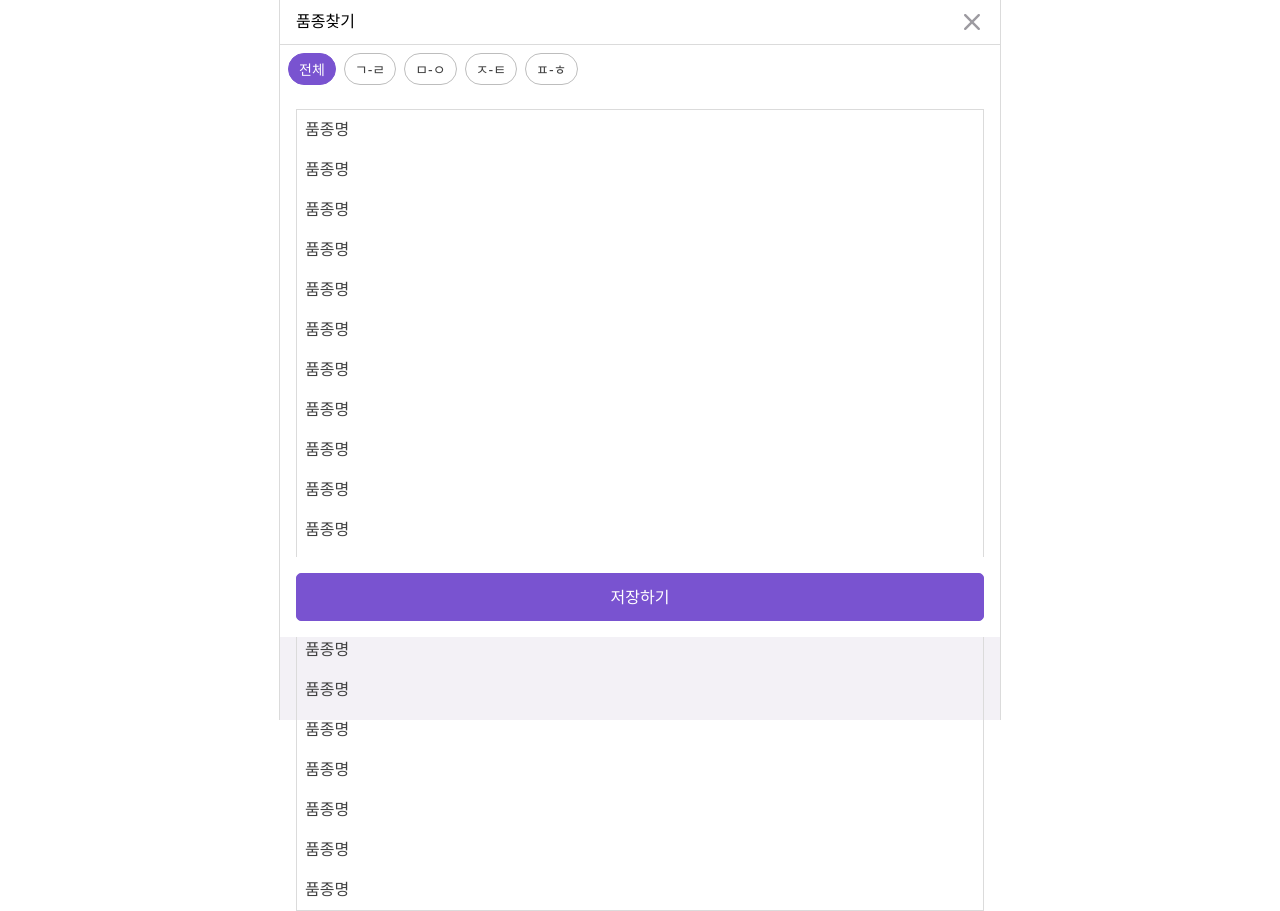
Repository: gosun1018/denguru
Page: search_breed.html
The author's editor kept a copy of each file at every save. The page is drawn from the files as they stood at one save, then again after the next save.
The browser window is 1280 px wide. The pictures show the whole page.
Some web fonts or font styles are not loaded; a fallback is used. The style sheet was rebuilt from its Sass, Less or Tailwind sources for each picture, by a compiler version that may differ from the author's.

Above is the page before, as saved 2020-04-03 18:22:04.

### search_breed.html
<!DOCTYPE html>
<html lang="ko">
<head>
    <meta charset="UTF-8">
    <meta name="viewport" content="width=device-width, initial-scale=1.0">
    <title>품종찾기</title>
    <link rel="stylesheet" href="https://unpkg.com/swiper/css/swiper.min.css">
    <link rel="stylesheet" href="css/main.css">
    <script type="text/javascript" src="https://ajax.googleapis.com/ajax/libs/jquery/1.12.2/jquery.min.js"></script>
    <script src="https://unpkg.com/swiper/js/swiper.min.js"></script>
<body>
    <div class="wrap">
        <header class="header08">
            <h1 class="h_title">품종찾기</h1>
            <a href="javascript:document.referrer? history.back() : location.href = 'home_resister_pet.html'" class="h_btn_close"><img src="images/icon-close-page.svg" alt="닫기" class="icon"></a>
        </header>

        <div class="main">
            <div class="pd_header08"></div>
            <div class="sect03 sect_filter_cate swiper-container">
                <h2 class="blind">필터설정</h2>
                <ul class="btn_box swiper-wrapper">
                    <li class="filter_btn swiper-slide">
                        <button type="button" class="btn_filter_popup btn btn_main btn_mid btn_mid_round" aria-controls="tab-panel01">전체</button>
                    </li>
                    <li class="filter_btn swiper-slide">
                        <button type="button" class="btn_filter_popup btn btn_normal_line btn_mid btn_mid_round" aria-controls="tab-panel02">ㄱ-ㄹ</button>
                    </li>
                    <li class="filter_btn swiper-slide">
                        <button type="button" class="btn_filter_popup btn btn_normal_line btn_mid btn_mid_round" aria-controls="tab-panel03">ㅁ-ㅇ</button>
                    </li>
                    <li class="filter_btn swiper-slide">
                        <button type="button" class="btn_filter_popup btn btn_normal_line btn_mid btn_mid_round" aria-controls="tab-panel04">ㅈ-ㅌ</button>
                    </li>
                    <li class="filter_btn swiper-slide">
                        <button type="button" class="btn_filter_popup btn btn_normal_line btn_mid btn_mid_round" aria-controls="tab-panel05">ㅍ-ㅎ</button>
                    </li>
                </ul>
            </div>
            <div class="search_breed_panel_container">
                <div class="search_bread_panel" id="tab-panel01">
                    <ul class="search_breed_list">
                        <li class="search_breed_box inp_box05">
                            <input type="radio" name="petBreed" id="petBreed01" class="inp_radio_blind" hidden>
                            <label for="petBreed01" class="lab_radio">품종명</label>
                        </li>
                        <li class="search_breed_box inp_box05">
                            <input type="radio" name="petBreed" id="petBreed02" class="inp_radio_blind" hidden>
                            <label for="petBreed02" class="lab_radio">품종명</label>
                        </li>
                        <li class="search_breed_box inp_box05">
                            <input type="radio" name="petBreed" id="petBreed03" class="inp_radio_blind" hidden>
                            <label for="petBreed03" class="lab_radio">품종명</label>
                        </li>
                        <li class="search_breed_box inp_box05">
                            <input type="radio" name="petBreed" id="petBreed04" class="inp_radio_blind" hidden>
                            <label for="petBreed04" class="lab_radio">품종명</label>
                        </li>
                        <li class="search_breed_box inp_box05">
                            <input type="radio" name="petBreed" id="petBreed05" class="inp_radio_blind" hidden>
                            <label for="petBreed05" class="lab_radio">품종명</label>
                        </li>
                        <li class="search_breed_box inp_box05">
                            <input type="radio" name="petBreed" id="petBreed06" class="inp_radio_blind" hidden>
                            <label for="petBreed06" class="lab_radio">품종명</label>
                        </li>
                        <li class="search_breed_box inp_box05">
                            <input type="radio" name="petBreed" id="petBreed07" class="inp_radio_blind" hidden>
                            <label for="petBreed07" class="lab_radio">품종명</label>
                        </li>
                        <li class="search_breed_box inp_box05">
                            <input type="radio" name="petBreed" id="petBreed08" class="inp_radio_blind" hidden>
                            <label for="petBreed08" class="lab_radio">품종명</label>
                        </li>
                        <li class="search_breed_box inp_box05">
                            <input type="radio" name="petBreed" id="petBreed09" class="inp_radio_blind" hidden>
                            <label for="petBreed09" class="lab_radio">품종명</label>
                        </li>
                        <li class="search_breed_box inp_box05">
                            <input type="radio" name="petBreed" id="petBreed10" class="inp_radio_blind" hidden>
                            <label for="petBreed10" class="lab_radio">품종명</label>
                        </li>
                        <li class="search_breed_box inp_box05">
                            <input type="radio" name="petBreed" id="petBreed11" class="inp_radio_blind" hidden>
                            <label for="petBreed11" class="lab_radio">품종명</label>
                        </li>
                        <li class="search_breed_box inp_box05">
                            <input type="radio" name="petBreed" id="petBreed12" class="inp_radio_blind" hidden>
                            <label for="petBreed12" class="lab_radio">품종명</label>
                        </li>
                        <li class="search_breed_box inp_box05">
                            <input type="radio" name="petBreed" id="petBreed13" class="inp_radio_blind" hidden>
                            <label for="petBreed13" class="lab_radio">품종명</label>
                        </li>
                        <li class="search_breed_box inp_box05">
                            <input type="radio" name="petBreed" id="petBreed14" class="inp_radio_blind" hidden>
                            <label for="petBreed14" class="lab_radio">품종명</label>
                        </li>
                        <li class="search_breed_box inp_box05">
                            <input type="radio" name="petBreed" id="petBreed15" class="inp_radio_blind" hidden>
                            <label for="petBreed15" class="lab_radio">품종명</label>
                        </li>
                        <li class="search_breed_box inp_box05">
                            <input type="radio" name="petBreed" id="petBreed16" class="inp_radio_blind" hidden>
                            <label for="petBreed16" class="lab_radio">품종명</label>
                        </li>
                        <li class="search_breed_box inp_box05">
                            <input type="radio" name="petBreed" id="petBreed17" class="inp_radio_blind" hidden>
                            <label for="petBreed17" class="lab_radio">품종명</label>
                        </li>
                        <li class="search_breed_box inp_box05">
                            <input type="radio" name="petBreed" id="petBreed18" class="inp_radio_blind" hidden>
                            <label for="petBreed18" class="lab_radio">품종명</label>
                        </li>
                        <li class="search_breed_box inp_box05">
                            <input type="radio" name="petBreed" id="petBreed19" class="inp_radio_blind" hidden>
                            <label for="petBreed19" class="lab_radio">품종명</label>
                        </li>
                        <li class="search_breed_box inp_box05">
                            <input type="radio" name="petBreed" id="petBreed20" class="inp_radio_blind" hidden>
                            <label for="petBreed20" class="lab_radio">품종명</label>
                        </li>
                    </ul>
                </div>
                <!--  <div class="search_bread_panel" id="tab-panel01">
                    <ul class="search_breed_list">
                        <li class="search_breed_box inp_box05">
                            <input type="radio" name="petBreed" id="petBreed01" class="inp_radio_blind" hidden>
                            <label for="petBreed01" class="lab_radio">품종명</label>
                        </li>
                        <li class="search_breed_box inp_box05">
                            <input type="radio" name="petBreed" id="petBreed01" class="inp_radio_blind" hidden>
                            <label for="petBreed01" class="lab_radio">고든세터</label>
                        </li>
                    </ul>
                </div>
                <div class="search_bread_panel" id="tab-panel01">
                    <ul class="search_breed_list">
                        <li class="search_breed_box inp_box05">
                            <input type="radio" name="petBreed" id="petBreed01" class="inp_radio_blind" hidden>
                            <label for="petBreed01" class="lab_radio">품종명</label>
                        </li>
                        <li class="search_breed_box inp_box05">
                            <input type="radio" name="petBreed" id="petBreed01" class="inp_radio_blind" hidden>
                            <label for="petBreed01" class="lab_radio">고든세터</label>
                        </li>
                    </ul>
                </div>
                <div class="search_bread_panel" id="tab-panel01">
                    <ul class="search_breed_list">
                        <li class="search_breed_box inp_box05">
                            <input type="radio" name="petBreed" id="petBreed01" class="inp_radio_blind" hidden>
                            <label for="petBreed01" class="lab_radio">품종명</label>
                        </li>
                        <li class="search_breed_box inp_box05">
                            <input type="radio" name="petBreed" id="petBreed01" class="inp_radio_blind" hidden>
                            <label for="petBreed01" class="lab_radio">고든세터</label>
                        </li>
                    </ul>
                </div>
                <div class="search_bread_panel" id="tab-panel01">
                    <ul class="search_breed_list">
                        <li class="search_breed_box inp_box05">
                            <input type="radio" name="petBreed" id="petBreed01" class="inp_radio_blind" hidden>
                            <label for="petBreed01" class="lab_radio">품종명</label>
                        </li>
                        <li class="search_breed_box inp_box05">
                            <input type="radio" name="petBreed" id="petBreed01" class="inp_radio_blind" hidden>
                            <label for="petBreed01" class="lab_radio">고든세터</label>
                        </li>
                    </ul>
                </div> -->
            </div>
            <div class="btn_box search_breed_btn_box">
                <a href="javascript:document.referrer? history.back() : location.href = 'home_resister_pet.html'" class="btn btn_full btn_main">저장하기</a>
            </div>
        </div>
    </div>
    <script>
        var swiper = new Swiper('.sect_filter_cate', {
            slidesPerView: 'auto',
            spaceBetween: 8,
            freeMode: true,
        });
    </script>
</body>
</html>

### css/scss/utils/_animations.scss
@keyframes width-0-to-100 {
    from {
        width: 0;
    }

    to {
        width: 100%;
    }
}

### css/scss/modules/_swipercustom.scss
.swiper-pagination {

    .swiper-pagination-bullet {
        width: 8px;
        height: 8px;
    }
}
.swiper-container-horizontal>.swiper-pagination-bullets .swiper-pagination-bullet {
    margin: 0 $layout-small-padding;
}

.pagination_main {
    .swiper-pagination-bullet {
        background-color: #b8b3c3;
        opacity: 1;
    }
    .swiper-pagination-bullet-active {
        background-color: $main-color;
    }
}
.pagination_white {
    .swiper-pagination-bullet {
        background-color: #b8b3c3;
        opacity: 1;
    }
    .swiper-pagination-bullet-active {
        background-color: $gray-0;
    }
}
.swiper-pagination {font-size: 0;}

.items_wrap.swiper-container {
    padding: 0 $layout-base-padding 10px;
}

### css/scss/modules/_popover.scss
.popover_container {
    position: relative;
}
.popover {
    display: none;
    position: absolute;
    padding: 8px;
    border-radius: $base-border-radius;
    word-break: keep-all;
    font-size: $base-font-size;
    line-height: $base-line-height;
    box-shadow: 0 1px 4px rgba(0,0,0,0.15);

    &:before {
        content: '';
        position: absolute;
        display: block;
        width: 12px;
        height: 12px;
        // border: 5px solid transparent;
        background-repeat: no-repeat;
        background-size: contain;
        background-position: center bottom;
    }
    &.show {
        display: block;
    }
}
.popover_main {
    background-color: #ebe3ff;
    color: $base-font-color;
    border: 1px solid #cac2de;

    &.popover_right_top:before {
        background-image: url(/images/popover-triangle-main.png);
    }
}
.popover_right_top{
    top: calc(100% + 6px);
    right: -5px;

    &:before {
        top: -12px;
        right: 5px;
    }
}

### css/scss/modules/_toast.scss
.toast_box {
    position: fixed;
    bottom: $gnb-bottom-height;
    left: $layout-base-padding;
    right: $layout-base-padding;
    display: flex;
    justify-content: center;
    align-items: center;
    padding: $layout-small-padding;
    min-height: 48px;
    box-sizing: border-box;
    background-color: rgba(0,0,0,0.85);
    color: #fff;
    font-size: $base-font-size;
    line-height: $base-line-height;
    text-align: center;
    word-break: keep-all;
    border-radius: $large-border-radius;
    overflow: hidden;
    visibility: hidden;
    opacity: 0;
    transition: opacity .5s, visibility .5s, transform .5s;
    z-index: 900;

    &.show {
        opacity: 1;
        visibility: visible;
        transform: translate(0, $layout-small-padding*-1);
    }
}

### css/scss/modules/_pagination.scss
.pagination01 {
    display: flex;
    justify-content: center;

    .page {
        height: 24px;
        min-width: 24px;
        padding: 0 3px;
        box-sizing: border-box;
        border-radius: 12px;
        margin: 0 4px;
        text-align: center;
        font-size: $base-font-size;
        line-height: 24px;
        color: $light-font-color;

        &.active {
            background-color: $main-color;
            color: $gray-0;
            font-weight: 900;
        }
        &.disabled {
            opacity: .5;
        }
    }
    .page_link {
        display: block;
        width: 100%;
        height: 100%;

        .icon {
            padding-top: 3px;
            // height: 100%;
            object-fit: contain;
        }
    }
}

### css/scss/component/_taglist.scss
.tag_list01 {

    .tag_item {
        width: fit-content;
        float: left;

        .btn {
            margin: 0 4px;
        }
        &:first-child .btn {
            margin-left: $layout-base-padding;
        }
        &:last-child .btn {
            margin-right: $layout-base-padding;
        }

        &.active .btn {
            font-weight: bold;
            background-color: $secondary-color;
            border-color: $secondary-color;
        }
    }
}

### css/scss/component/_postlist.scss
.post_list_wrap {
    flex: 1;
    padding: $layout-small-padding 0 $layout-base-padding;
    background-color: $gray-0;

    .pagination01 {
        margin-top: $layout-base-padding * 2;
    }
}

.post_list01 {
    padding: 0 $layout-base-padding;

    .post_item {
        padding: $layout-base-padding 0;
        border-bottom: $light-border;
    }
    .post_date {
        margin-bottom: $layout-small-padding;
        font-size: $small-font-size;
        color: $light-font-color;
    }
    .post_title {
        font-size: $base-font-size;
        color: $bold-font-color;
        @include multi-line-ellipsis($base-line-height,2);
        height: auto;
        max-height: $base-line-height * 2em;

        .icon_new {
            height: 1em;
            vertical-align: middle;
        }
    }
}

### css/scss/pages/_resister-pet.scss
.resister_pet_form_wrap {
    background-color: $gray-0;
}

.pet_profile01 {
    padding: $layout-base-padding*2 $layout-base-padding 0;
    border-bottom: $light-border;

    .profile_img {
        position: relative;
        @include circle(160px);
        overflow: hidden;
        margin: 0 auto;
        box-shadow: 0 0 10px rgba(0, 0, 0, 0.15);
    }
    .inp_profile_box {
        width: 100%;
        position: absolute;
        top: 38%;
        left: 0;
        text-align: center;

        .lab {
            display: block;
            margin-bottom: $layout-small-padding;
            font-size: $small-font-size;

            .icon {
                width: 1.2em;
                vertical-align: middle;
            }
        }
    }
    .profile_img.has_img {
        .img_box:after {
            content: '';
            display: block;
            @include circle(100%);
            background-color: rgba(0,0,0,0.5);
            position: absolute;
            top: 0;
            left: 0;
        }
        .lab {
            color: $gray-0;
        }
    }
}
.pet_profile02 {
    padding: 0 $layout-base-padding;
    border-bottom: $light-border;

    .btn_more_box {
        text-align: right;
        margin-top: 4px;
    }
    .link_more {
        color: $main-font-color;
        font-size: $base-font-size;
    }
}
.breed_container {
    margin-top: $layout-base-padding;
    padding-bottom: $layout-base-padding;

    .breed_item {
        position: relative;
        overflow: hidden;
        border-radius: $base-border-radius;
        box-shadow: 0 1px 4px rgba(0,0,0,0.15);

        &.selected:after {
            content: '';
            display: block;
            width: 100%;
            height: 100%;
            position: absolute;
            top: 0;
            left: 0;
            box-sizing: border-box;
            border-radius: $base-border-radius;
            border: $main-border;
        }
    }
    .txt_box {
        padding: $layout-small-padding;
    }
    .breed_ko {
        font-size: $base-font-size;
        color: $bold-font-color;
        margin-bottom: $layout-small-padding;
        @include one-line-ellipsis;
    }
    .breed_en {
        font-size: $small-font-size;
        color: $light-font-color;
        margin-bottom: $layout-small-padding;
        @include one-line-ellipsis;
    }
}
.allergy_container {
    display: none;

    &.show {
        display: block;
    }
}
.btn_trash {
    width: 24px;
    height: 24px;
}
.submit_box {
    padding: 0 $layout-base-padding $layout-large-padding;

    .btn_box {
        align-items: center;
    }
}
.search_breed_panel_container {
    padding: $layout-base-padding;
    flex: 1;
    max-height: 60vh;
    background-color: $gray-0;
}
.search_breed_list {
    height: 100%;
    border: $light-border;
    overflow-y: auto;
}
.search_breed_btn_box {
    padding: $layout-base-padding;
    background-color: $gray-0;
}

### css/scss/pages/_password-mail-complete.scss
.mail_complete_container {
    height: 100vh;
    display: flex;
    flex-direction: column;
    justify-content: center;
    align-items: center;
    background-color: $gray-0;

    .img_motion_box {
        width: 140px;
        margin: 0 auto;

        .img {
            width: 100%;
        }
    }
    .mail_complete_txt01 {
        margin-top: $layout-large-padding;
        text-align: center;
        font-size: 20px;
        line-height: $narrow-line-height;
        font-weight: 900;

        .emph {
            color: #8054ea;
        }
    }
    .mail_complete_txt02 {
        margin-top: 12px;
        text-align: center;
        font-size: $base-font-size;
        line-height: $base-line-height;
        color: $base-font-color;
    }
    .btn_box {
        margin-top: 60px;
        justify-content: center;
    }
    .btn_mail_success {
        width: 90px;
        height: 40px;
        font-size: $large-font-size;
        line-height: 40px;
    }
}

### css/scss/pages/_category-special.scss
.category_wrap {
    background-color: $gray-0;

    .title08 {
        padding: $layout-large-padding $layout-base-padding 0;
    }
}

.special_wrap {
    margin-top: $layout-small-padding;
    padding-bottom: $layout-large-padding;
    flex: 1;
    background-color: $gray-0;

    .title08 {
        padding: $layout-large-padding $layout-base-padding 0;
    }
    .store_list_hash {
        padding-bottom: 0;
    }
    .banner_list {
        padding: 0 $layout-base-padding;
    }
    .banner_box{
        border-radius: $base-border-radius;
        overflow: hidden;

        &:not(:last-child) {
            margin-bottom: $layout-base-padding;
        }
    }
}
.special_item_list_container {

    .title09 {
        padding: 0 $layout-base-padding;
        margin-bottom: $layout-base-padding;
    }
}
.event_post_content_wrap {
    padding-top: $layout-large-padding;
    background-color: $gray-0;

    .title06 {
        margin: 0 $layout-base-padding $layout-base-padding;
    }
}

Loaded but not shown: css/scss/component/_reviewlist.scss (493 lines, source omitted); css/scss/modules/_form.scss (459 lines, source omitted); css/scss/pages/_search.scss (451 lines, source omitted); css/scss/component/_header.scss (459 lines, source omitted); css/scss/pages/_review.scss (399 lines, source omitted); css/scss/component/_itemlist.scss (324 lines, source omitted); css/scss/pages/_my-main.scss (264 lines, source omitted); css/scss/pages/_store.scss (238 lines, source omitted); css/scss/modules/_popup.scss (241 lines, source omitted); css/scss/pages/_home-item-info.scss (180 lines, source omitted); css/scss/pages/_order-history.scss (188 lines, source omitted); css/scss/component/_navigation.scss (177 lines, source omitted); css/scss/pages/_members.scss (167 lines, source omitted); css/scss/modules/_button.scss (181 lines, source omitted); css/scss/component/_postcontent.scss (143 lines, source omitted); css/scss/pages/_mycomplain.scss (126 lines, source omitted); css/scss/pages/_mainpg.scss (130 lines, source omitted); css/scss/base/_typography.scss (112 lines, source omitted); css/scss/base/_layout.scss (118 lines, source omitted); css/scss/utils/_variables.scss (81 lines, source omitted); css/scss/pages/_pick.scss (88 lines, source omitted); css/scss/pages/_gostore.scss (80 lines, source omitted); css/scss/utils/_mixins.scss (87 lines, source omitted); css/scss/pages/_withdrawal.scss (66 lines, source omitted); css/scss/base/_reset.scss (48 lines, source omitted); css/scss/pages/_personal-info.scss (50 lines, source omitted); css/scss/pages/_my-notification.scss (47 lines, source omitted); css/scss/main.scss (48 lines, source omitted)

After the next save:
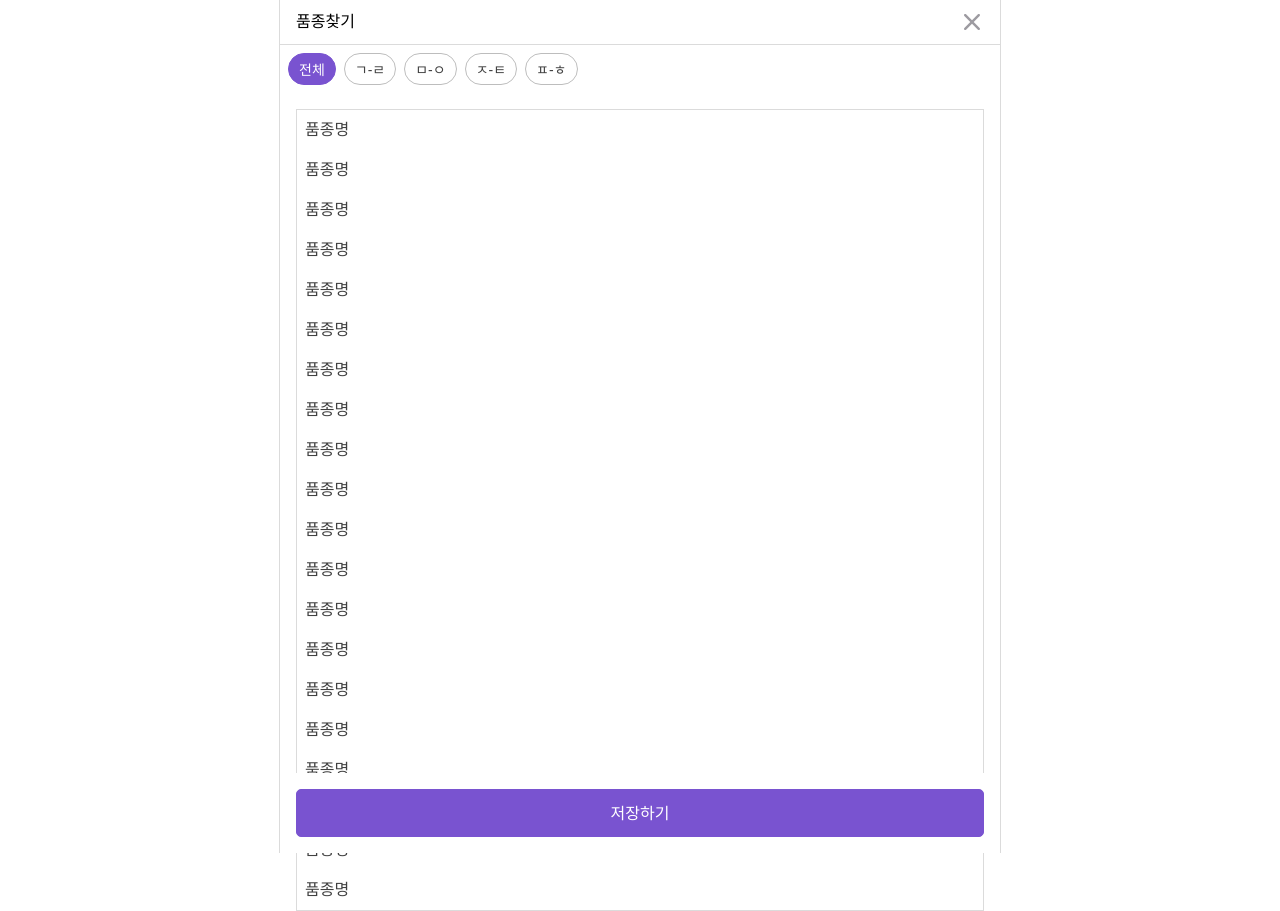
Saved 21 s later.
--- a/css/scss/pages/_resister-pet.scss
+++ b/css/scss/pages/_resister-pet.scss
@@ -119,7 +119,7 @@
 .search_breed_panel_container {
     padding: $layout-base-padding;
     flex: 1;
-    max-height: 60vh;
+    max-height: 90vh;
     background-color: $gray-0;
 }
 .search_breed_list {
